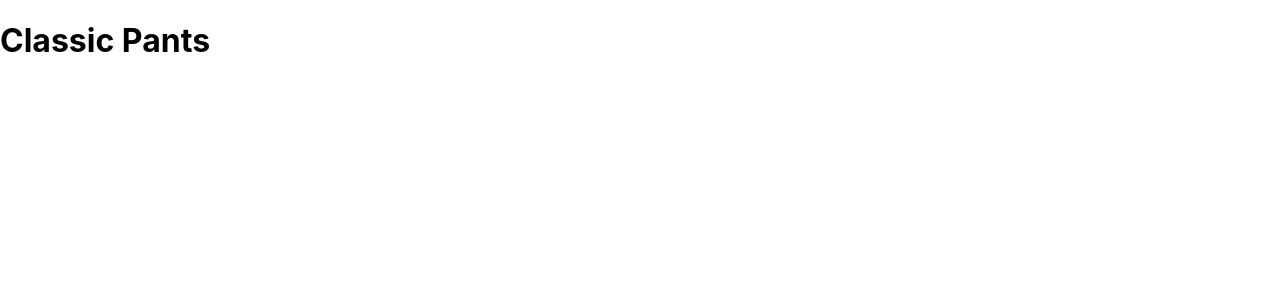
Repository: AK0493/Next-Commerce
Page: /product/classic-pants
The author's editor kept a copy of each file at every save. The page is drawn from the files as they stood at one save, then again after a run of saves.
The browser window is 1280 px wide. The pictures show the whole page.
The project was rebuilt for these pictures with package versions that can differ from the ones it lists, and the page was loaded fresh each time. The framework's server and built-in components were replaced by stand-ins that run in the browser. Also part of the build but not shown: next.config.js.

Above is the page before, as saved 2022-02-04 13:13:53.

### pages/_app.js
import { useEffect } from 'react';
import '../styles/globals.css';

function MyApp({ Component, pageProps }) {
  useEffect(() => {
    const jssStyles = document.querySelector('#jss-server-side');
    if (jssStyles) {
      jssStyles.parentElement.removeChild(jssStyles);
    }
  }, []);
  return <Component {...pageProps} />;
}

export default MyApp;

### pages/product/[slug].js
import { useRouter } from 'next/router';
import React from 'react';
import data from '../../utils/data';

export default function ProductPage() {
  const router = useRouter();
  const { slug } = router.query;
  const product = data.products.find((el) => el.slug === slug);
  if (!product) {
    return (
      <div>
        <h1>Product not Found!</h1>
      </div>
    );
  }
  return (
    <div>
      <h1>{product.name}</h1>
    </div>
  );
}

### utils/data.js
const data = {
  products: [
    {
      name: 'Free Shirt',
      slug: 'free-shirt',
      category: 'Shirts',
      image: '/images/shirt1.jpg',
      price: 90,
      brand: 'Nike',
      rating: 4.5,
      numReviews: 10,
      CountInStock: 20,
      description: 'A popular shirt',
    },
    {
      name: 'Fit Shirt',
      slug: 'fit-shirt',
      category: 'Shirt',
      image: '/images/Shirt2.jpg',
      price: 90,
      brand: 'Addidas',
      rating: 4.5,
      numReviews: 10,
      CountInStock: 20,
      description: 'A popular shirt',
    },
    {
      name: 'Slim Shirt',
      slug: 'slim-shirt',
      category: 'Shirts',
      image: '/images/shirt3.jpg',
      price: 70,
      brand: 'Raymond',
      rating: 4.5,
      numReviews: 10,
      CountInStock: 20,
      description: 'A popular shirt',
    },
    {
      name: 'Golf Pants',
      slug: 'golf-pants',
      category: 'Pants',
      image: '/images/pants1.jpg',
      price: 70,
      brand: 'Oliver',
      rating: 4.5,
      numReviews: 10,
      CountInStock: 20,
      description: 'smart looking pants',
    },
    {
      name: 'Fit Pants',
      slug: 'fit-pants',
      category: 'Pants',
      image: '/images/pants2.jpg',
      price: 90,
      brand: 'Zara',
      rating: 4.5,
      numReviews: 10,
      CountInStock: 20,
      description: 'Known brand for good clothing',
    },
    {
      name: 'Classic Pants',
      slug: 'classic-pants',
      category: 'Pants',
      image: '/images/pants3.jpg',
      price: 90,
      brand: 'Zara',
      rating: 4.5,
      numReviews: 10,
      CountInStock: 20,
      description: 'Known brand for good clothing',
    },
  ],
};

export default data;

Loaded but not shown: styles/globals.css (common file)

After the next 2 saves:
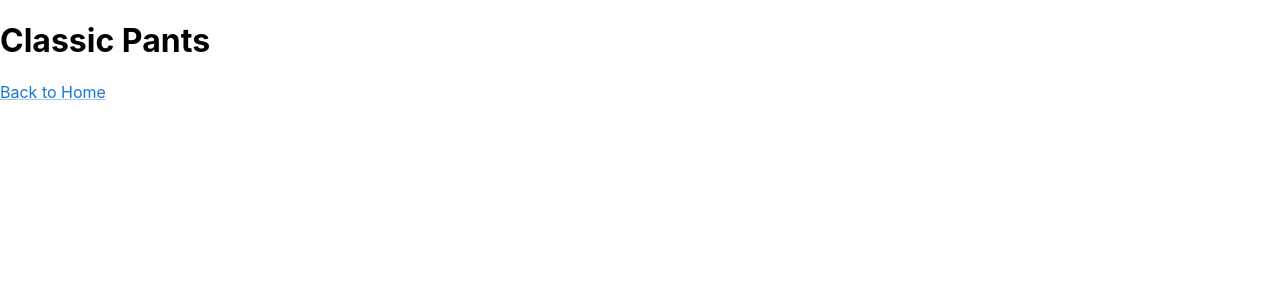
The 2 saves are shown as one change because 1 did not build or start.
The last was saved 116 min 30 s later.
--- a/pages/product/[slug].js
+++ b/pages/product/[slug].js
@@ -1,7 +1,8 @@
 import { useRouter } from 'next/router';
 import React from 'react';
 import data from '../../utils/data';
-
+import NextLink from 'next/link';
+import { Link } from '@mui/material';
 export default function ProductPage() {
   const router = useRouter();
   const { slug } = router.query;
@@ -16,6 +17,9 @@
   return (
     <div>
       <h1>{product.name}</h1>
+      <NextLink href="/" passHref>
+        <Link>Back to Home</Link>
+      </NextLink>
     </div>
   );
 }
